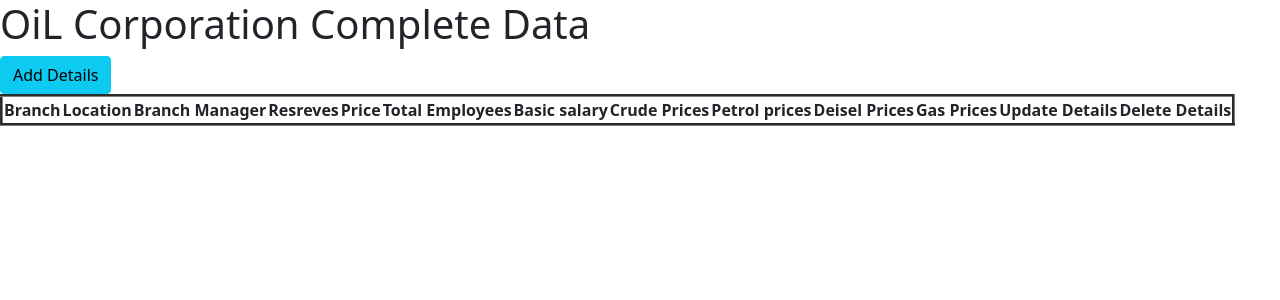
Repository: veerrajuMareddi/demo
Page: http://localhost/OilCorporation/views/result.jsp
An editor plug-in stored every save of this project. The page is shown before and after the next save, followed by the edit.
The browser window is 1280 px wide. The pictures show the whole page.
The page is served by Tomcat 9. The template is opened directly, without the code that normally fills it, so the values that code supplies are empty.

Above is the page before, as saved 2022-04-29 05:02:45.

After the next save:
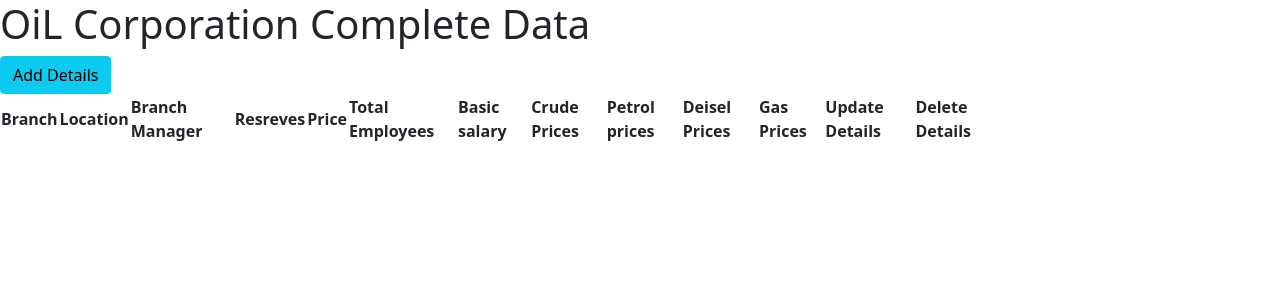
Saved 3 min 47 s later.
--- a/OilCorporation/src/main/webapp/views/result.jsp
+++ b/OilCorporation/src/main/webapp/views/result.jsp
@@ -11,6 +11,10 @@ pageEncoding="ISO-8859-1"%>
 	rel="stylesheet"
 	integrity="sha384-1BmE4kWBq78iYhFldvKuhfTAU6auU8tT94WrHftjDbrCEXSU1oBoqyl2QvZ6jIW3"
 	crossorigin="anonymous">
+	<script
+	src="https://cdn.jsdelivr.net/npm/bootstrap@5.1.3/dist/js/bootstrap.bundle.min.js"
+	integrity="sha384-ka7Sk0Gln4gmtz2MlQnikT1wXgYsOg+OMhuP+IlRH9sENBO0LRn5q+8nbTov4+1p"
+	crossorigin="anonymous"></script>
 <meta charset="ISO-8859-1">
 <title>Insert title here</title>
 </head>
@@ -19,7 +23,7 @@ pageEncoding="ISO-8859-1"%>
 <a class="btn btn-info" href="/src/callsave">Add Details</a>
 
 <br>
-<table border="3">
+<table style="width:1000px" style="text-align:center">
 
 <tr>
 <th>Branch</th>
